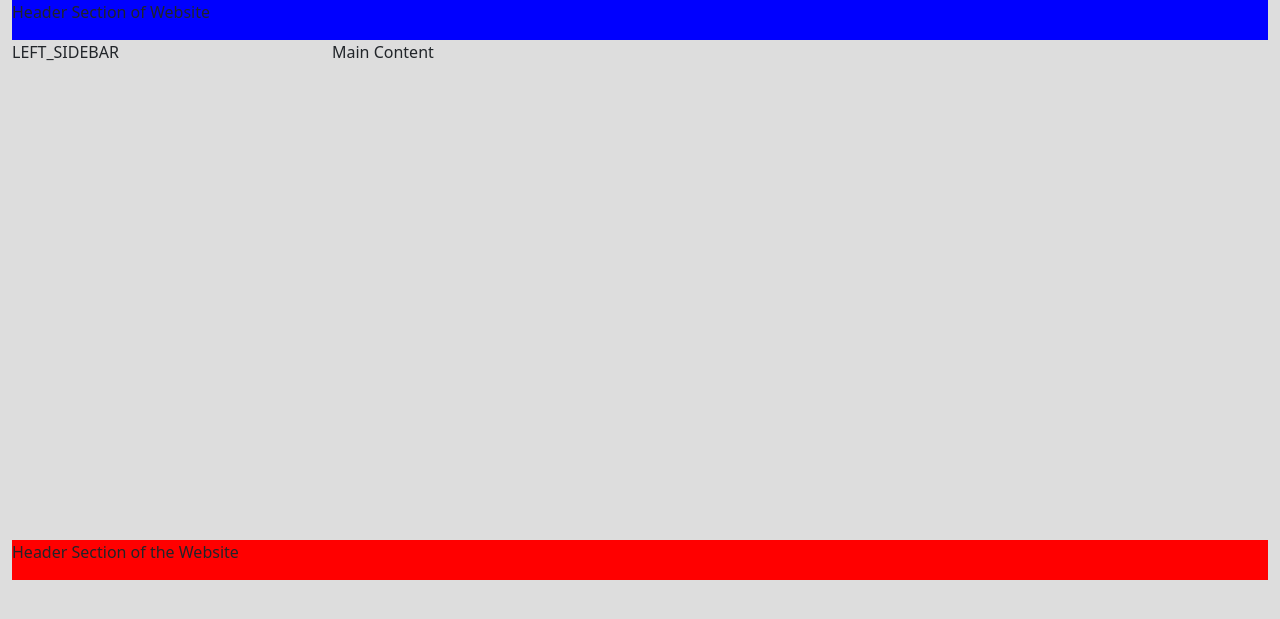
Repository: Dayvid0/BOOTSTRAP-TUTORIALS
Page: BOOTSTRAP-GRID-LAYOUTS/index.html
An editor plug-in stored every save of this project. The page is shown before and after the next save, followed by the edit.
The browser window is 1280 px wide. The pictures show the whole page.

Above is the page before, as saved 2025-01-24 10:19:34.

After the next save:
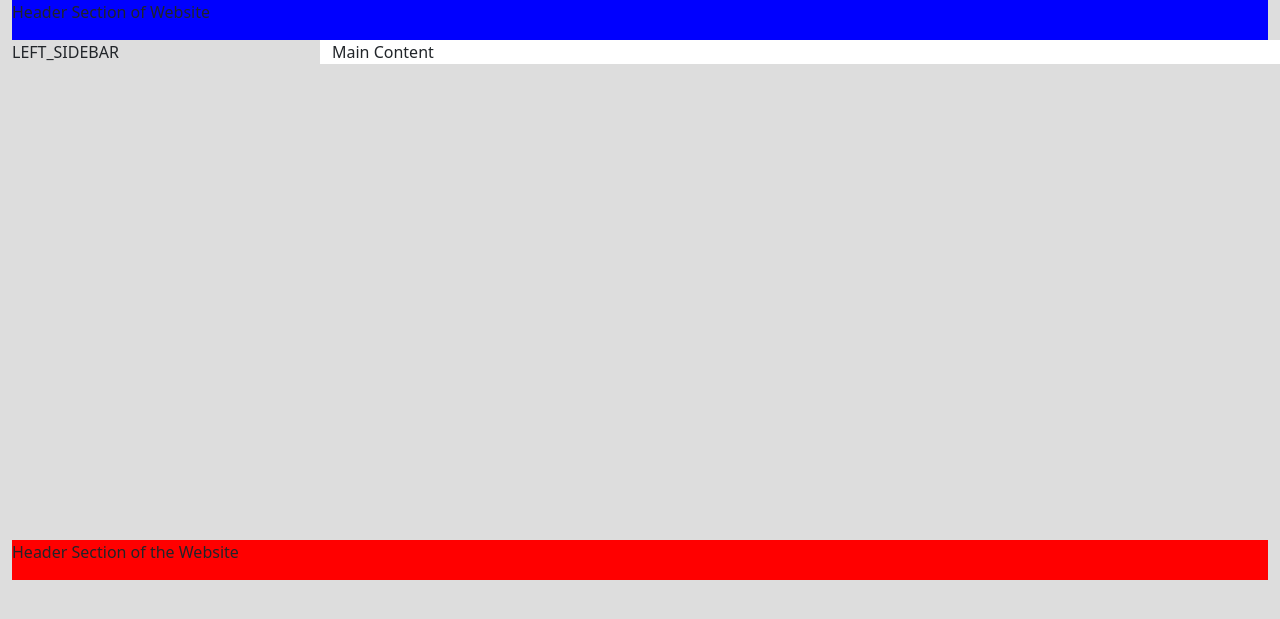
Saved 41 s later.
--- a/BOOTSTRAP-GRID-LAYOUTS/style.css
+++ b/BOOTSTRAP-GRID-LAYOUTS/style.css
@@ -12,3 +12,6 @@ body {
   background-color: red;
   height: 40px;
 }
+.main-content {
+  background-color: white;
+}
